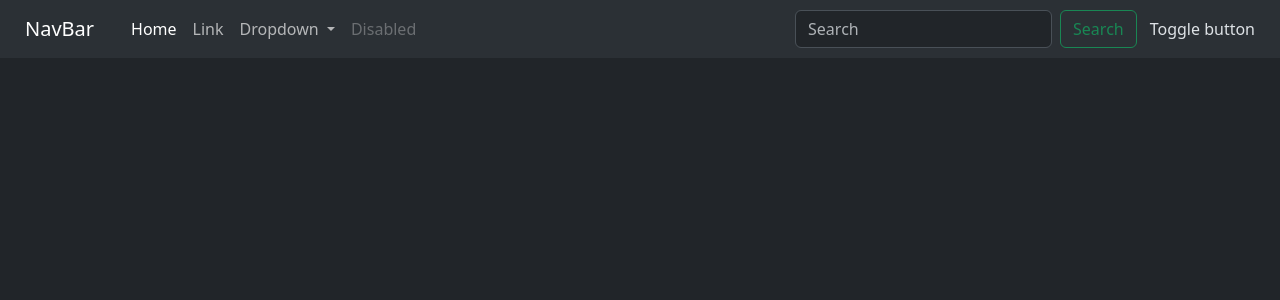
Repository: VictoriousMango/Archive
Page: index.html
These files come from the project's save history. The page is drawn as it stood at one moment and after the next save; the edit follows.
The browser window is 1280 px wide. The pictures show the whole page.

Above is the page before, as saved 2024-06-05 22:56:44.

After the next save:
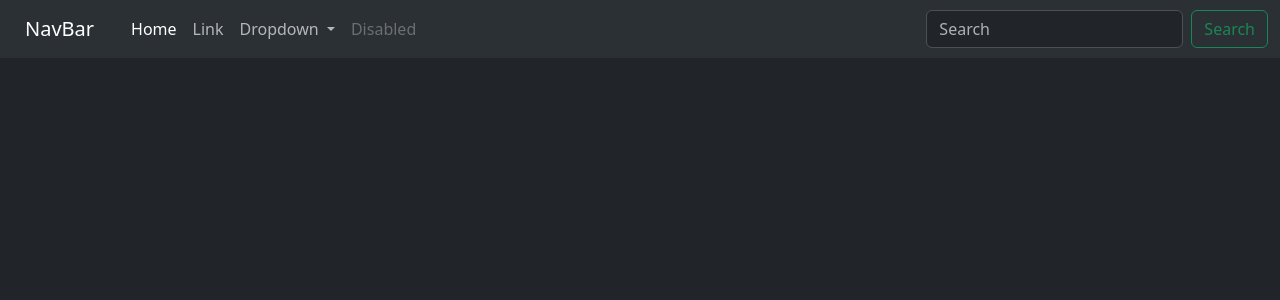
Saved 20 s later.
--- a/index.html
+++ b/index.html
@@ -40,7 +40,6 @@
                         <input class="form-control me-2" type="search" placeholder="Search" aria-label="Search">
                         <button class="btn btn-outline-success" type="submit">Search</button>
                     </form>
-                    <button type="button" class="btn" data-bs-toggle="button">Toggle button</button>
                 </div>
             </div>
         </nav>
